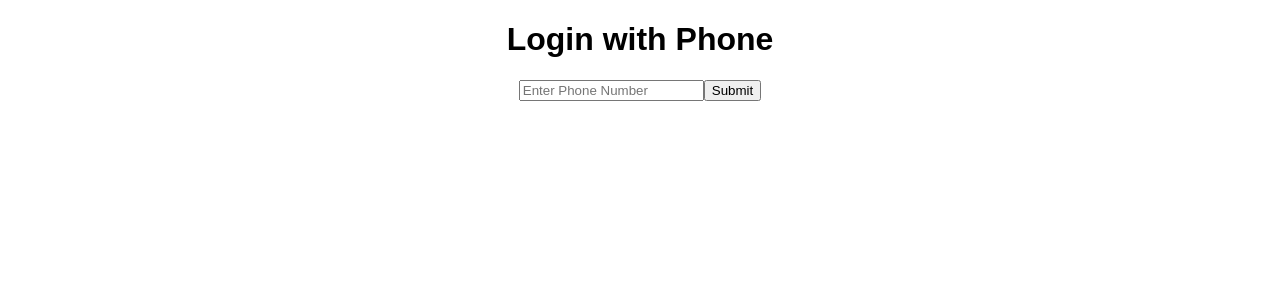
Repository: s-babaeizadeh/OTP-Login
Page: /
The author's editor kept a copy of each file at every save. The page is drawn from the files as they stood at one save, then again after the next save.
The browser window is 1280 px wide. The pictures show the whole page.
The project was rebuilt for these pictures with package versions that can differ from the ones it lists, and the page was loaded fresh each time. Also part of the build but not shown: vite.config.js, src/components/OtpInput.jsx, src/index.css.

Above is the page before, as saved 2024-08-03 20:04:30.

After the next save:
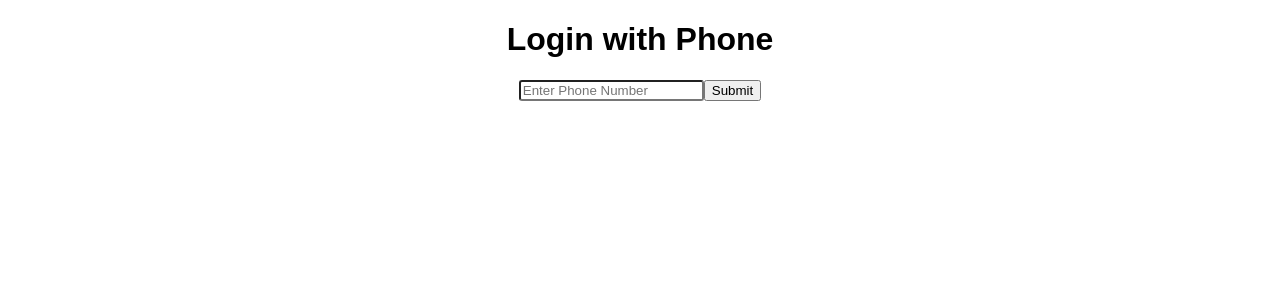
Saved 18 s later.
--- a/src/App.css
+++ b/src/App.css
@@ -10,3 +10,7 @@
   text-align: center;
   font-size: 1.2em;
 }
+
+.inputotp {
+  border-radius: 3px;
+}
